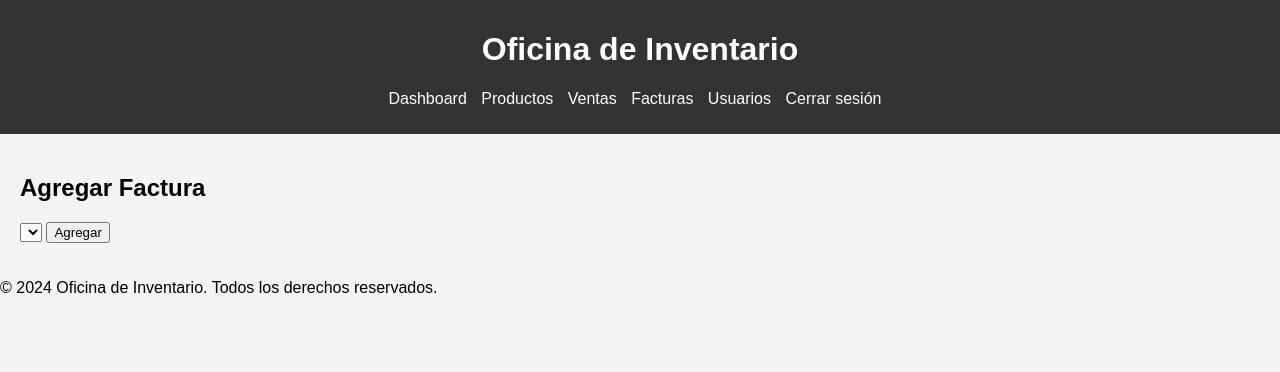
Repository: Connie75/Inventario
Page: http://localhost/views/add_invoice.php
The author's editor kept a copy of each file at every save. The page is drawn from the files as they stood at one save, then again after the next save.
The browser window is 1280 px wide. The pictures show the whole page.
The page is run by PHP 8.4 with error messages shown; the project is at /var/www/html/. The session is filled in as if someone had signed in: {"id": 1, "rol": "admin"}. Queries for data that is not in the repository find no rows.

Above is the page before, as saved 2024-07-29 00:44:38.

After the next save:
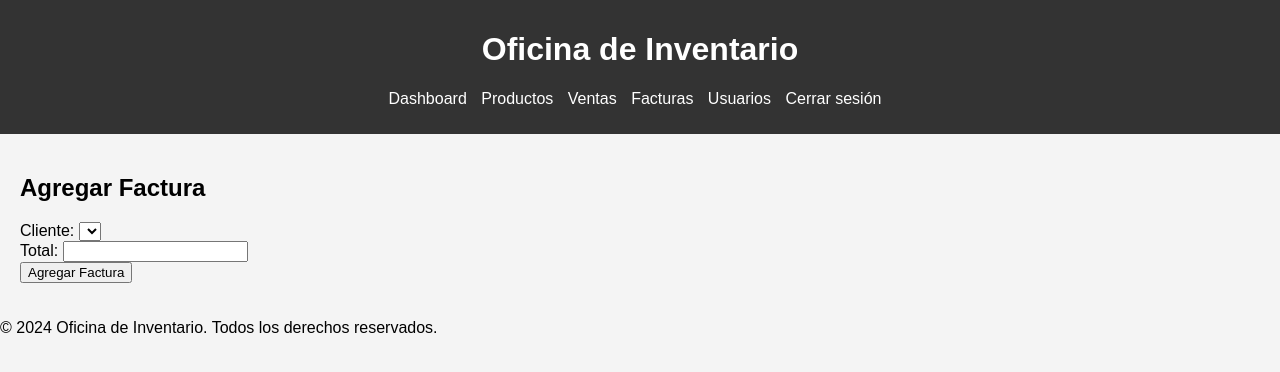
Saved 104 s later.
--- a/views/add_invoice.php
+++ b/views/add_invoice.php
@@ -10,20 +10,24 @@ if (!isset($_SESSION['id'])) {
     exit();
 }
 
-// Obtener lista de ventas
-$ventas = $conn->query("SELECT * FROM ventas");
-
-$conn->close();
+// Obtener lista de clientes
+$clientes = $conn->query("SELECT * FROM clientes");
 ?>
 
 <h2>Agregar Factura</h2>
 <form action="../actions/add_invoice.php" method="post">
-    <select name="venta_id" required>
-        <?php while ($venta = $ventas->fetch_assoc()): ?>
-            <option value="<?php echo $venta['id']; ?>">Venta ID: <?php echo $venta['id']; ?> - Total: <?php echo $venta['total']; ?></option>
+    <label for="cliente_id">Cliente:</label>
+    <select name="cliente_id" id="cliente_id" required>
+        <?php while ($cliente = $clientes->fetch_assoc()): ?>
+            <option value="<?php echo $cliente['id']; ?>"><?php echo $cliente['nombre']; ?></option>
         <?php endwhile; ?>
     </select>
-    <button type="submit">Agregar</button>
+    <br>
+    <label for="total">Total:</label>
+    <input type="number" name="total" id="total" step="0.01" required>
+    <br>
+    <button type="submit">Agregar Factura</button>
 </form>
 
+<?php $conn->close(); ?>
 <?php include '../includes/footer.php'; ?>
